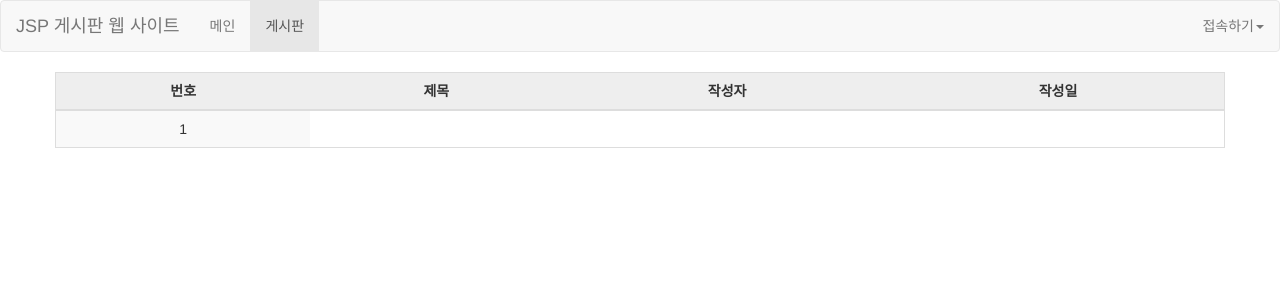
Repository: tykwon97/JSP
Page: http://localhost/BBS/bbs.jsp
The author's editor kept a copy of each file at every save. The page is drawn from the files as they stood at one save, then again after the next save.
The browser window is 1280 px wide. The pictures show the whole page.
Some web libraries are served in a nearby version. The page is served by Tomcat 9. Other server files are loaded and not shown.

Above is the page before, as saved 2021-01-28 15:19:46.

### projects/BBS/WebContent/bbs.jsp
<%@ page language="java" contentType="text/html; charset=UTF-8"
	pageEncoding="UTF-8"%>
<%@ page import="java.io.PrintWriter"%>
<!-- 라이브러리를 불러오기 위함 -->
<!DOCTYPE html>
<html>
<head>
<meta http-equiv="Content-Type" content="text/html ; charset=UTF-8">
<meta name="viewport" content="width=device-width" , initial-scale="1">
<link rel="stylesheet" href="css/bootstrap.css">
<title>JSP 게시판 웹 사이트</title>
</head>
<body>
	<%
		String userID = null;
	if (session.getAttribute("userID") != null) {
		userID = (String) session.getAttribute("userID");
	}
	%>
	<nav class="navbar navbar-default">
		<div class="navbar-header">
			<button type="button" class="navbar-toggle collapsed"
				data-toggle="collapse" data-target="#bs-example-navbar-collapse-1"
				aria-expanded="false">
				<span class="icon-bar"></span> <span class="icon-bar"></span> <span
					class="icon-bar"></span>
			</button>
			<a class="navbar-brand" href="main.jsp">JSP 게시판 웹 사이트</a>
		</div>
		<div class="collapse navbar-collapse"
			id="bs-example-navbar-collapse-1">
			<ul class="nav navbar-nav">
				<li><a href="main.jsp">메인</a></li>
				<li class="active"><a href="bbs.jsp">게시판</a></li>	<!-- class="active" : 현재 선택이 됨 -->
			</ul>
			<%
				if (userID == null) {
			%>
			<ul class="nav navbar-nav navbar-right">
				<li class="dropdown"><a href="#" class="dropdown-toggle"
					data-toggle="dropdown" role="button" aria-haspopup="true"
					aria-expanded="false"> 접속하기<span class="caret"></span></a> <!-- 아이콘 -->
					<ul class="dropdown-menu">
						<li><a href="login.jsp">로그인</a></li>
						<li><a href="join.jsp">회원가입</a></li>
					</ul></li>
			</ul>
			<%
				} else { //로그인 되어 있는 사람
			%>
			<ul class="nav navbar-nav navbar-right">
				<li class="dropdown"><a href="#" class="dropdown-toggle"
					data-toggle="dropdown" role="button" aria-haspopup="true"
					aria-expanded="false"> 회원관리<span class="caret"></span></a> <!-- 아이콘 -->
					<ul class="dropdown-menu">
						<li><a href="logoutAction.jsp">로그아웃</a></li>
					</ul></li>
			</ul>
			<%
				}
			%>
		</div>
	</nav>

	<!--  게시판 화면 넣어주기 -->
	<div class="container">
		<div class="row">
			<table class="table table-striped" style="text-align: center; border :1px solid #dddddd">
			<!-- table table-striped 줄별로 보기 좋게 음영처리 -->
				<thead> <!-- 테이블의 제목 -->
					<tr> <!-- 테이블의 하나의 행(한 줄) -->
						<th style="background-color : #eeeeee; text-align:center;">번호</th> <!-- 한 개의 속성 -->
						<th style="background-color : #eeeeee; text-align:center;">제목</th>
						<th style="background-color : #eeeeee; text-align:center;">작성자</th>
						<th style="background-color : #eeeeee; text-align:center;">작성일</th>
					</tr>
				</thead>
				<tbody>
					<td>1</td>
				</tbody>

		</div>
	</div>



	<script src="https://code.jquery.com/jquery-3.1.1.min.js"></script>
	<script src="js/bootstrap.js"></script>
</body>
</html>

Loaded but not shown: projects/BBS/WebContent/css/bootstrap.css (library); projects/BBS/WebContent/js/bootstrap.js (library)

After the next save:
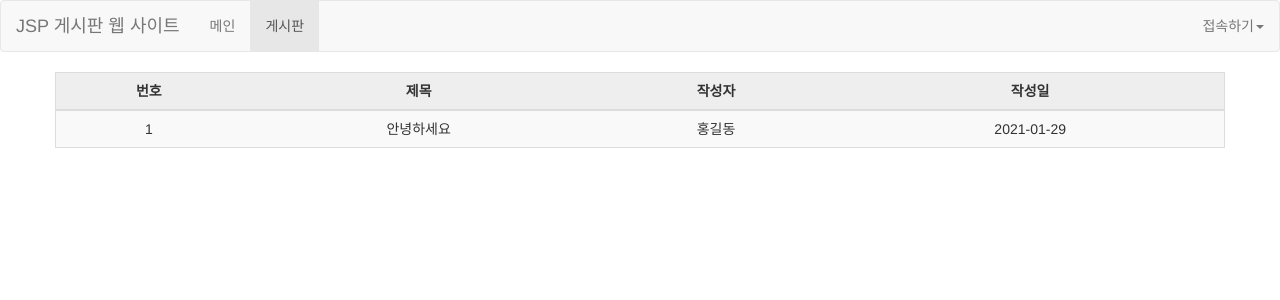
Saved 24 s later.
--- a/projects/BBS/WebContent/bbs.jsp
+++ b/projects/BBS/WebContent/bbs.jsp
@@ -77,6 +77,9 @@
 				</thead>
 				<tbody>
 					<td>1</td>
+					<td>안녕하세요</td>
+					<td>홍길동</td>
+					<td>2021-01-29</td>
 				</tbody>
 
 		</div>
